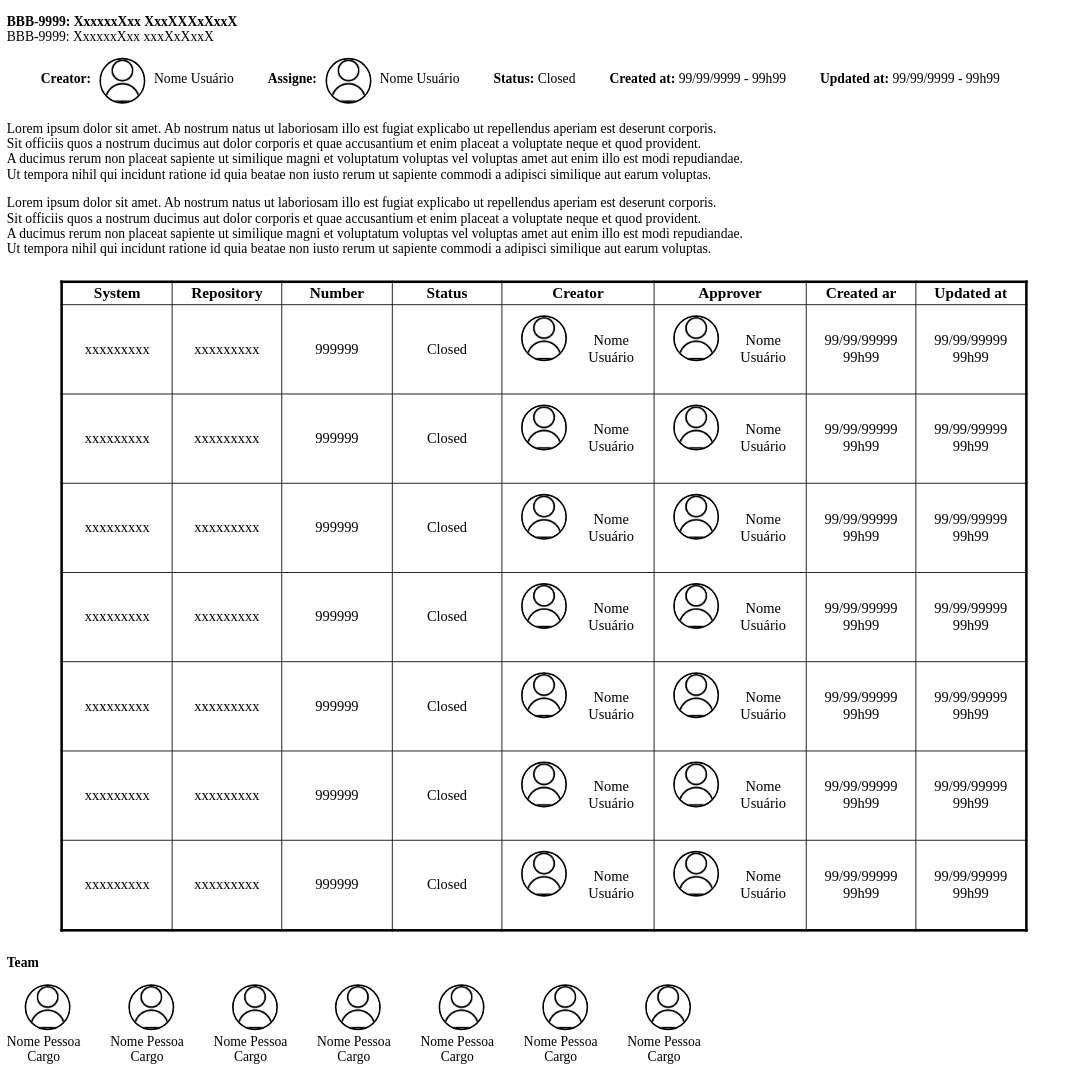
Repository: AnaBerlanda/PaginaFer
Page: index.html
An editor plug-in stored every save of this project. The page is shown before and after the next save, followed by the edit.
The browser window is 1280 px wide. The pictures show the whole page, at 85% of full size.
Some web fonts or font styles are not loaded; a fallback is used.

Above is the page before, as saved 2022-05-24 14:32:57.

After the next save:
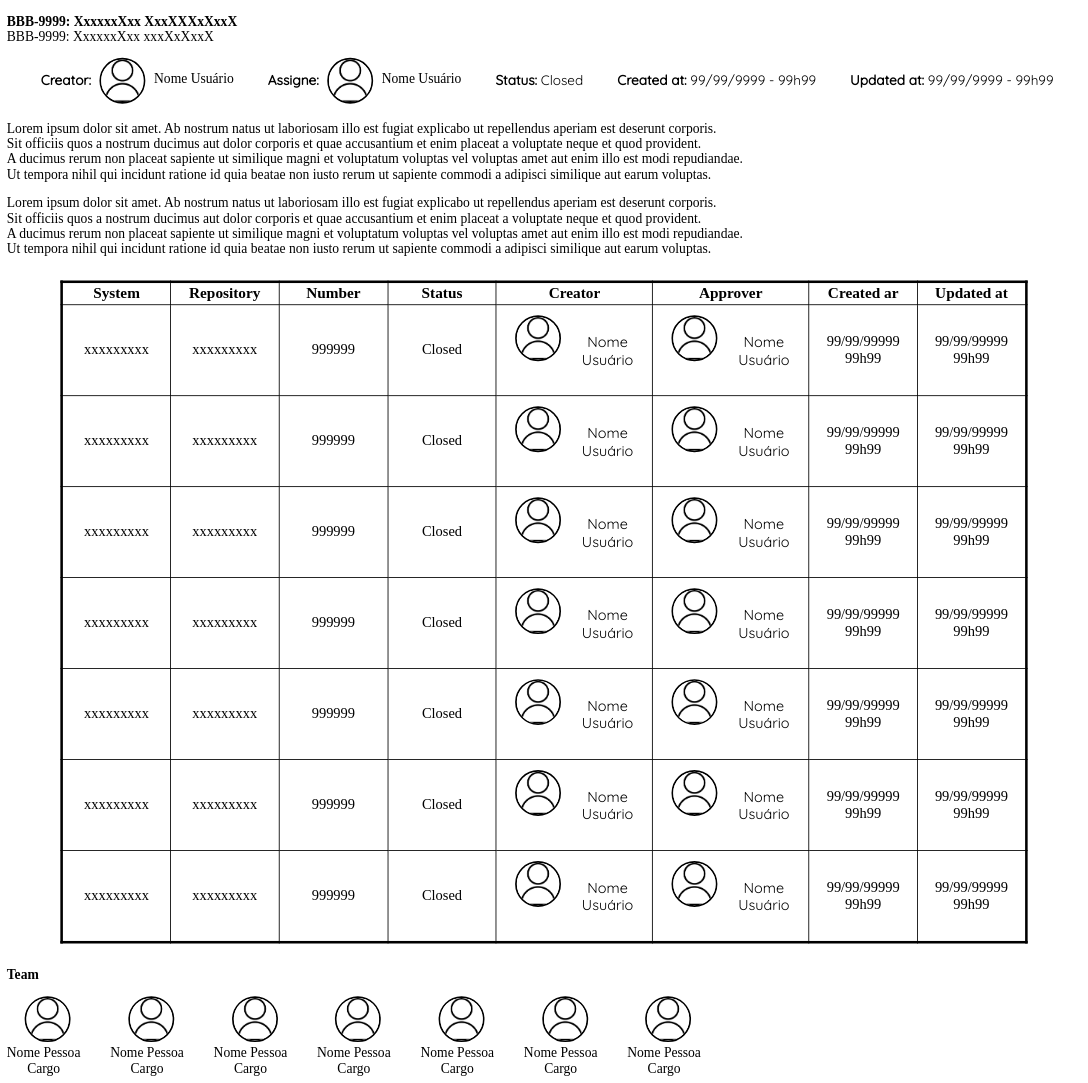
Saved 27 s later.
--- a/index.css
+++ b/index.css
@@ -13,7 +13,7 @@
 }
 .textos{
     margin-left: 40px;
-    font-family: 'Cormorant Infant', serif
+    font-family: 'Quicksand', sans-serif
 }
 .nome-usuario{
     margin-left: 10px;
